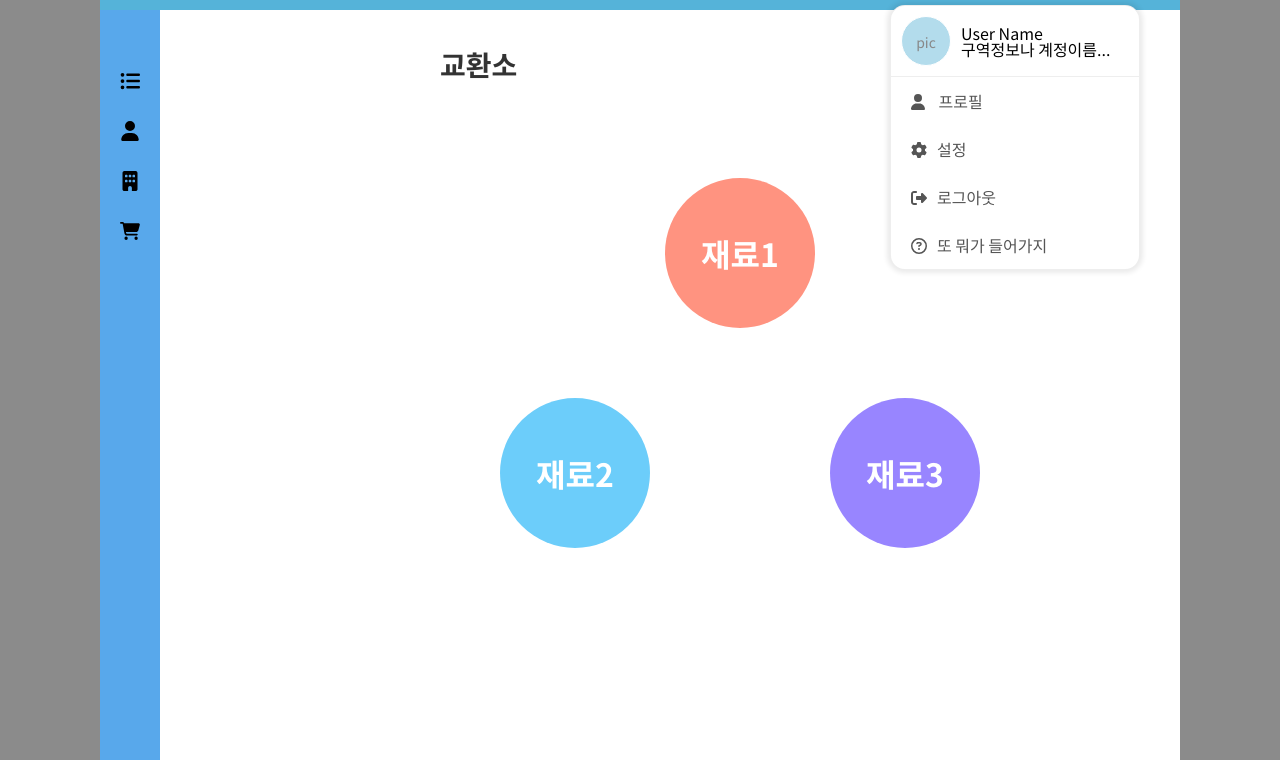
Repository: sunoo-lee/toVillage-old
Page: /#/trade
An editor plug-in stored every save of this project. The page is shown before and after the next save, followed by the edit.
The browser window is 1280 px wide. The pictures show the whole page.
The project was rebuilt for these pictures with package versions that can differ from the ones it lists, and the page was loaded fresh each time. Also part of the build but not shown: src/routes/Auth.js, src/components/Todo.js, src/components/AddForm.js, src/components/Main.js, src/routes/Home.js, src/components/MyProfile.js, src/routes/Profile.js, src/components/Area.module.css and 2 more.

Above is the page before, as saved 2022-10-13 04:44:56.

### src/components/App.js
import React, { useState } from "react";
import AppRouter from "./Router";

function App() {
  const [isLoggedIn, setIsLoggedIn] = useState(true);
  const onClick = () => {
    setIsLoggedIn(!isLoggedIn);
  };

  const [isDropdown, setIsDropdown] = useState(true);
  const [isNav, setIsNav] = useState(true);
  const toggleDropdown = () => {
    setIsDropdown(!isDropdown);
    console.log("dropdown: " + isDropdown);
  };
  const toggleNav = () => {
    setIsNav(!isNav);
    console.log("Nav: " + isNav);
  };
  return (
    <>
      <AppRouter
        toggleDropdown={toggleDropdown}
        isDropdown={isDropdown}
        toggleNav={toggleNav}
        isNav={isNav}
        onClick={onClick}
        isLoggedIn={isLoggedIn}
      />
    </>
  );
}

export default App;

### src/style.css
@import url("https://fonts.googleapis.com/css2?family=Noto+Sans+KR:wght@400;500;700&display=swap");

* {
  box-sizing: border-box;
}

html,
body {
  padding: 0;
  margin: 0;
  font-family: "Noto Sans KR", -apple-system, BlinkMacSystemFont, Segoe UI,
    Roboto, Oxygen, Ubuntu, Cantarell, Fira Sans, Droid Sans, Helvetica Neue,
    sans-serif;
}

body {
  display: flex;
  justify-content: center;
  align-items: center;
  height: 800px;
  width: 1080px;
  margin: auto;
  height: 100vh;
  background-color: #9dbac7;
  background-color: #8b8b8b;
}

.container {
  background-color: aliceblue;
  background-color: #ffffff;
  min-width: 600px;
  width: 1080px;
  height: 800px;
  padding-left: 200px;
  padding-top: 50px;
  display: flex;
  justify-content: center;
}

### src/components/Router.js
import { HashRouter as Router, Routes, Route } from "react-router-dom";
import Auth from "../routes/Auth";
import Home from "../routes/Home";
import Profile from "../routes/Profile";
import Building from "../routes/Building";
import Trade from "../routes/Trade";
import Header from "./Header";
import Navigation from "./Navigation";

const AppRouter = ({
  toggleDropdown,
  isDropdown,
  toggleNav,
  isNav,
  onClick,
  isLoggedIn,
}) => {
  return (
    <Router>
      {isLoggedIn}
      <Header
        toggleDropdown={toggleDropdown}
        isDropdown={isDropdown}
        toggleNav={toggleNav}
      />
      <Navigation isNav={isNav} />
      <Routes>
        {isLoggedIn ? (
          <>
            <Route
              exact
              path="/"
              element={<Home onClick={onClick} isLoggedIn={isLoggedIn} />}
            />
            <Route path="/profile" element={<Profile />} />
            <Route path="/building" element={<Building />} />
            <Route path="/trade" element={<Trade />} />
          </>
        ) : (
          <>
            <Route exact path="/" element={<Auth />} />
          </>
        )}
      </Routes>
    </Router>
  );
};

export default AppRouter;

### src/routes/Trade.js
import React from "react";
import TradingShop from "../components/TradingShop";

const Trade = () => {
  return (
    <>
      <div className={"container"}>
        <TradingShop />
      </div>
    </>
  );
};

export default Trade;

### src/components/Header.js
import { React, useState } from "react";
import styles from "./Header.module.css";
import { FontAwesomeIcon } from "@fortawesome/react-fontawesome";
import { faBars, faUser } from "@fortawesome/free-solid-svg-icons";
import Dropdown from "./Dropdown";

const Header = ({ toggleDropdown, isDropdown, toggleNav }) => {
  return (
    <header id={styles.header}>
      <div className={styles.container}>
        <div className={styles.header_left}>
          <button onClick={toggleNav} className={styles.toggle_btn}>
            <FontAwesomeIcon icon={faBars} />
          </button>
        </div>
        <div className={styles.header_center}>
          {/* {new Date().getFullYear()}/{new Date().getMonth() + 1}/
        {new Date().getDate()} */}
        </div>
        <div className={styles.header_right}>
          <button onClick={toggleDropdown}>
            <FontAwesomeIcon icon={faUser} />
          </button>
          {isDropdown ? <Dropdown /> : <></>}
        </div>
      </div>
    </header>
  );
};

export default Header;

### src/components/Navigation.js
import { React } from "react";
import { Link } from "react-router-dom";
// import MiniProfile from "./MiniProfile";
import styles from "./Navigation.module.css";
import { FontAwesomeIcon } from "@fortawesome/react-fontawesome";
import {
  faUser,
  faBuilding,
  faCartShopping,
  faListUl,
} from "@fortawesome/free-solid-svg-icons";

const Navigation = ({ isNav }) => {
  if (isNav) {
  }
  return (
    <nav className={isNav ? `${styles.nav} ${styles.nav_active}` : styles.nav}>
      {/* <MiniProfile /> */}
      <div className={styles.container}>
        <ul>
          <li>
            <Link to="/">
              <FontAwesomeIcon icon={faListUl} />
              <span>오늘 할 일</span>
            </Link>
          </li>
          <li>
            <Link to="/profile">
              <FontAwesomeIcon icon={faUser} />
              <span>프로필</span>
            </Link>
          </li>
          <li>
            <Link to="/building">
              <FontAwesomeIcon icon={faBuilding} />
              <span>건물</span>
            </Link>
          </li>
          <li>
            <Link to="/trade">
              <FontAwesomeIcon icon={faCartShopping} />
              <span>교환소</span>
            </Link>
          </li>
        </ul>
        {/* <button onClick={onClick}>SIGN OUT</button> */}
      </div>
    </nav>
  );
};

export default Navigation;

### src/components/TradingShop.js
import React from "react";
import styles from "./TradingShop.module.css";
const TradingShop = () => {
  return (
    <div className={styles.container}>
      <h1>
        <span className={styles.title}>교환소</span>
      </h1>
      <div className={styles.table}>
        <ul>
          <li>
            <div className={`${styles.materials} ${styles.material_1}`}>
              재료1
            </div>
          </li>
          <li>
            <div className={`${styles.materials} ${styles.material_2}`}>
              재료2
            </div>
          </li>
          <li>
            <div className={`${styles.materials} ${styles.material_3}`}>
              재료3
            </div>
          </li>
        </ul>
      </div>
    </div>
  );
};

export default TradingShop;

### src/components/Header.module.css
:root {
  --theme_color: #55b3d9;
}

#header {
  position: absolute;
  width: 1080px;
  z-index: 100;
}

.container {
  background-color: #bce5f5;
  background-color: var(--theme_color);
  width: 100%;
  height: 50px;
  display: flex;
  justify-content: space-between;
  align-items: center;
  padding: 0 40px;
}
.header_left .toggle_btn {
  width: 30px;
  height: 30px;
  border: none;
  outline: none;
  border-radius: 50%;
  background-color: whitesmoke;
  background-color: transparent;
  color: #ffffff;
  cursor: pointer;
  font-size: 1.3rem;
}
.header_center {
  font-weight: 700;
  font-size: 1.4em;
}

.header_right button {
  width: 30px;
  height: 30px;
  border: none;
  outline: none;
  border-radius: 50%;
  background-color: whitesmoke;
  cursor: pointer;
  text-align: center;
  color: var(--theme_color);
}

### src/components/Dropdown.js
import React from "react";
import styles from "./MyProfile.module.css";
import { FontAwesomeIcon } from "@fortawesome/react-fontawesome";
import {
  faUser,
  faGear,
  faRightFromBracket,
} from "@fortawesome/free-solid-svg-icons";
import { faCircleQuestion } from "@fortawesome/free-regular-svg-icons";

const Dropdown = () => (
  <div className={styles.card}>
    <div className={styles.userBx}>
      <div className={styles.imgbx}>pic</div>
      <div className={styles.userinfo}>
        <p>User Name</p>
        <p>구역정보나 계정이름...</p>
      </div>
    </div>
    <ul className={styles.menu}>
      <li>
        <FontAwesomeIcon icon={faUser} /> <span>프로필</span>
      </li>
      <li>
        <FontAwesomeIcon icon={faGear} />
        <span>설정</span>
      </li>
      <li>
        <FontAwesomeIcon icon={faRightFromBracket} />
        <span>로그아웃</span>
      </li>
      <li>
        <FontAwesomeIcon icon={faCircleQuestion} />
        <span>또 뭐가 들어가지</span>
      </li>
    </ul>
  </div>
);

export default Dropdown;

### src/components/Navigation.module.css
.nav {
  width: 200px;
  height: 800px;
  position: absolute;
  z-index: 50;
  padding-top: 50px;
  background-color: #eeeeee;
  display: flex;
  align-items: center;
  flex-direction: column;
  padding: 60px 10px 10px;
  transition: 0.2s;
}

.nav_active {
  background-color: #58a8eb;
  width: 60px;
}
.nav_active .container ul li {
  padding: 0;
}
.nav_active .container ul li svg {
  margin: 0;
}
.nav_active .container ul li span {
  display: none;
}

.container {
  position: relative;
  margin-top: 10px;
  width: 100%;
  border-radius: 20px;
  padding: 20px 0;
  display: flex;
  flex-direction: column;
  align-items: center;
}
.container ul {
  text-align: left;
}
.container ul li {
  overflow: hidden;
  padding: 0 20px;
  height: 40px;
  border-radius: 25px;
  margin: 10px 0;
  transition: 0.2s;
}
.container ul li:hover {
  background-color: var(--theme_color);
}
.container ul li a {
  font-size: 20px;
  color: #696969;
  color: #000000;
  font-weight: 500;
  text-decoration: none;
  line-height: 40px;
}

.container ul li a svg {
  width: 20px;
  margin-right: 10px;
}

.container button {
  position: absolute;
  bottom: 20px;
  padding: 7px 10px;
  border-radius: 5px;
  border: none;
  outline: none;
  font-size: 1em;
  font-weight: 700;
  background-color: #58a8eb;
  color: #ffffff;
  cursor: pointer;
}

### src/components/Main.module.css
:root {
  --theme_color: #55b3d9;
}

.container {
  margin-top: 40px;
  width: 600px;
}

.container h1 {
  margin-bottom: 20px;
}

.title {
  font-size: 28px;
  font-weight: 700;
  color: #333333;
}

.list {
  width: 600px;
  /* margin: 20px 0; */
}

.list .item {
  background-color: #ffffff;
  padding: 5px 0;
  line-height: 28px;
  display: flex;
  align-items: center;
  justify-content: space-between;
  border-bottom: 1px solid #c7c7c7;
}

.list .item:first-child {
  border-top: 1px solid #c7c7c7;
}

.list .item input[type="checkbox"] {
  width: 20px;
  height: 20px;
  border-radius: 50px;
  border: 1px solid #999999;
  appearance: none;
  margin-right: 10px;
}
.list .item input[type="checkbox"]:hover {
  background-color: #b3dcec;
}
.list .item input[type="checkbox"]:checked {
  background: var(--theme_color);
  border: none;
}
.list .item div {
  margin: auto 0;
  display: flex;
}
.list .item div button {
  border-radius: 50%;
  border: none;
  margin: auto 3px;
  height: 24px;
  width: 24px;
  box-shadow: 0 0 3px 0 #00000088;
  background-color: #ffffff;
  color: #333333;
}

.add_form {
  position: relative;
}

.add_form .list_input {
  margin: 5px 0;
  width: 600px;
  font-size: 16px;
  padding: 7px 15px;
  border: 1px solid #c7c7c7;
  border-radius: 5px;
}

.add_form .list_input:focus {
  outline: none;
  border: 1px solid var(--theme_color);
}

.add_form .add_btn {
  display: block;
  position: absolute;
  right: 0;
  font-size: 14px;
  background-color: var(--theme_color);
  border: 1px solid var(--theme_color);
  /* border: none; */
  border-radius: 5px;
  padding: 5px 10px;
  color: #ffffff;
  font-weight: 700;
  cursor: pointer;
}

### src/components/MyProfile.module.css
:root {
  --border_option: 1px solid #666666;
  /* --border_option: none; */
  --shadow_option: 0 0 5px 1px #00000088;
  --theme_color: #55b3d9;
}
.container {
  display: flex;
  flex-direction: column;
  justify-content: flex-start;
  align-items: center;
  padding: 60px;
}

.pic {
  width: 200px;
  height: 200px;
  background-color: #ffffff;
  border-radius: 50%;
  box-shadow: 0 15px 50px #00000041;
  line-height: 200px;
  text-align: center;
  font-size: 20px;
  color: #888888;
  font-weight: 700;
  margin-bottom: 30px;
}
.nickname {
  color: #666666;
  font-size: 36px;
  font-weight: 700;
  margin-bottom: 20px;
}
.area {
  font-size: 26px;
  font-weight: 700;
  color: #888888;
}
.materials {
  display: flex;
  margin: 40px 0;
}
.materials li {
  margin: 0 10px;
}
.materials div {
  width: 80px;
  height: 80px;
  background-color: #ffffff;
  border-radius: 50%;
  line-height: 80px;
  text-align: center;
  margin-bottom: 10px;
  color: #666666;
  border-radius: 50%;
  background-color: #55b4d975;
  font-size: 1.2em;
  color: #999999;
}
.materials span {
  display: block;
  width: 80px;
  text-align: center;
  font-size: 1.6em;
  color: #555555;
  line-height: 1.2em;
  font-weight: 600;
}
.box_btn {
  border-radius: 5px;
  padding: 16px 20px;
  border: none;
  outline: none;
  font-size: 1.4em;
  font-weight: 700;
  background-color: var(--theme_color);
  color: #ffffff;
  cursor: pointer;
}

/* ----------------------mini profile-------------------------- */

.card {
  position: absolute;
  width: 250px;
  height: 265px;
  background-color: #ffffff;
  border-radius: 15px;
  box-shadow: 0 0 5px 3px #00000015;
  border: 1px solid #00000011;
  overflow: hidden;
  right: 40px;
  top: 45px;
}
.userBx {
  position: relative;
  display: flex;
  align-items: center;
  padding: 10px;
}

.imgbx {
  border: 1px solid #ffffff;
  position: relative;
  width: 50px;
  height: 50px;
  background-color: #b3dcec;
  border-radius: 50%;
  font-size: 14px;
  text-align: center;
  color: #888888;
  line-height: 50px;
  margin-right: 10px;
}

.menu {
  position: absolute;
  width: 100%;
  height: auto;
  border-top: 1px solid #00000011;
}
.menu li {
  padding: 0 20px;
  color: #555555;
  cursor: pointer;
}
.menu li:hover {
  background-color: #c9dee6;
}
.menu li span {
  display: inline-block;
  margin: 16px 10px;
}

### src/components/TradingShop.module.css
.container {
  margin-top: 40px;
  width: 600px;
}

.container h1 {
  margin-bottom: 20px;
}

.container h1 .title {
  position: relative;
  font-size: 28px;
  font-weight: 700;
  color: #333333;
}

.container .table ul li {
  position: relative;
}

.container .table .materials {
  width: 150px;
  height: 150px;
  color: #333333;
  font-size: 32px;
  font-weight: 700;
  color: #ffffff;
  border: none;
  border-radius: 50%;
  text-align: center;
  line-height: 150px;
  position: absolute;
}

.container .table .material_1 {
  background-color: #ff9380;
  left: 50%;
  top: 80px;
  transform: translateX(-50%);
}
.container .table .material_2 {
  background-color: #6ccdfa;
  top: 300px;
  left: 10%;
}
.container .table .material_3 {
  background-color: #9885ff;
  top: 300px;
  right: 10%;
}

Loaded but not shown: public/index.html (common file); src/index.js (common file); src/reset.css (common file)

After the next save:
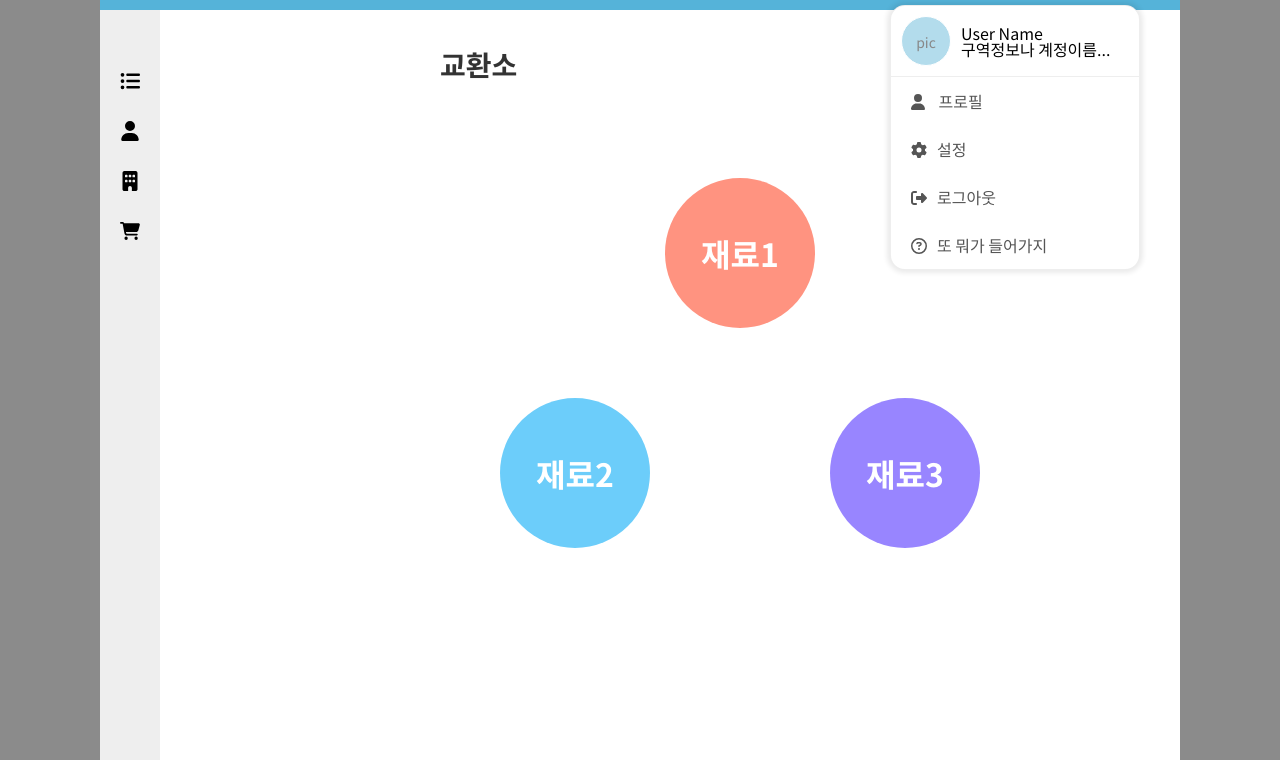
Saved 5 min 25 s later.
--- a/src/components/Navigation.module.css
+++ b/src/components/Navigation.module.css
@@ -13,7 +13,6 @@
 }
 
 .nav_active {
-  background-color: #58a8eb;
   width: 60px;
 }
 .nav_active .container ul li {
